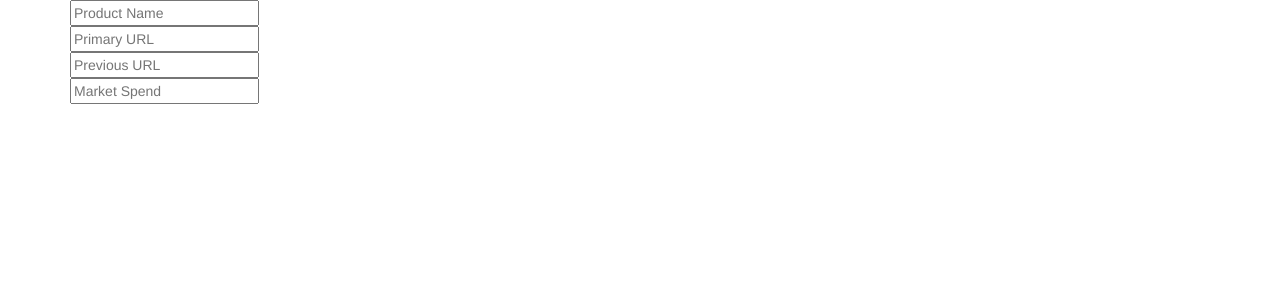
Repository: aneeshsingh/workspace
Page: http://localhost/analytics/Add_Product_Page_6.jsp
An editor plug-in stored every save of this project. The page is shown before and after the next save, followed by the edit.
The browser window is 1280 px wide. The pictures show the whole page.
The page is served by Tomcat 9.

Above is the page before, as saved 2016-03-07 03:00:21.

After the next save:
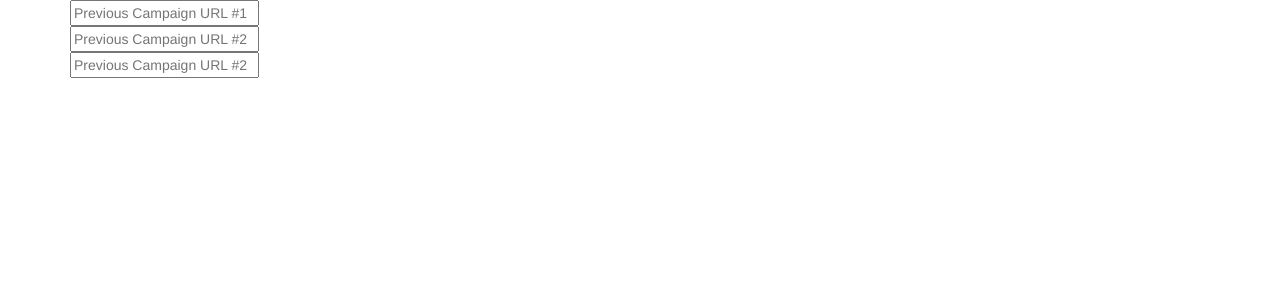
Saved 86 s later.
--- a/analytics/war/Add_Product_Page_6.jsp
+++ b/analytics/war/Add_Product_Page_6.jsp
@@ -26,7 +26,7 @@
 
 			<div class="col-md-12">
 
-			<input type="text" name="product_name" id="product_name" placeholder="Product Name">
+			<input type="text" name="previous_campaign_url_1" id="previous_campaign_url_1" placeholder="Previous Campaign URL #1">
 
 			</div>
 		</div>
@@ -35,7 +35,7 @@
 
 			<div class="col-md-12">
 
-			<input type="text" name="primary_url" id="primary_url" placeholder="Primary URL">
+			<input type="text" name="previous_campaign_url_1" id="previous_campaign_url_1" placeholder="Previous Campaign URL #2">
 
 			</div>
 
@@ -50,21 +50,13 @@
 			<div class="col-md-12">
 
 
-			<input type="text" name="previous_url" id="previous_url" placeholder="Previous URL">
+			<input type="text" name="previous_campaign_url_1" id="previous_campaign_url_1" placeholder="Previous Campaign URL #2">
 
 			</div>
 
 		</div>
 
-		<div class="row">
 
-			<div class="col-md-12">
-
-			<input type="text" name="market_spend" id="market_spend" placeholder="Market Spend">
-
-			</div>
-
-		</div>
 
 
 
